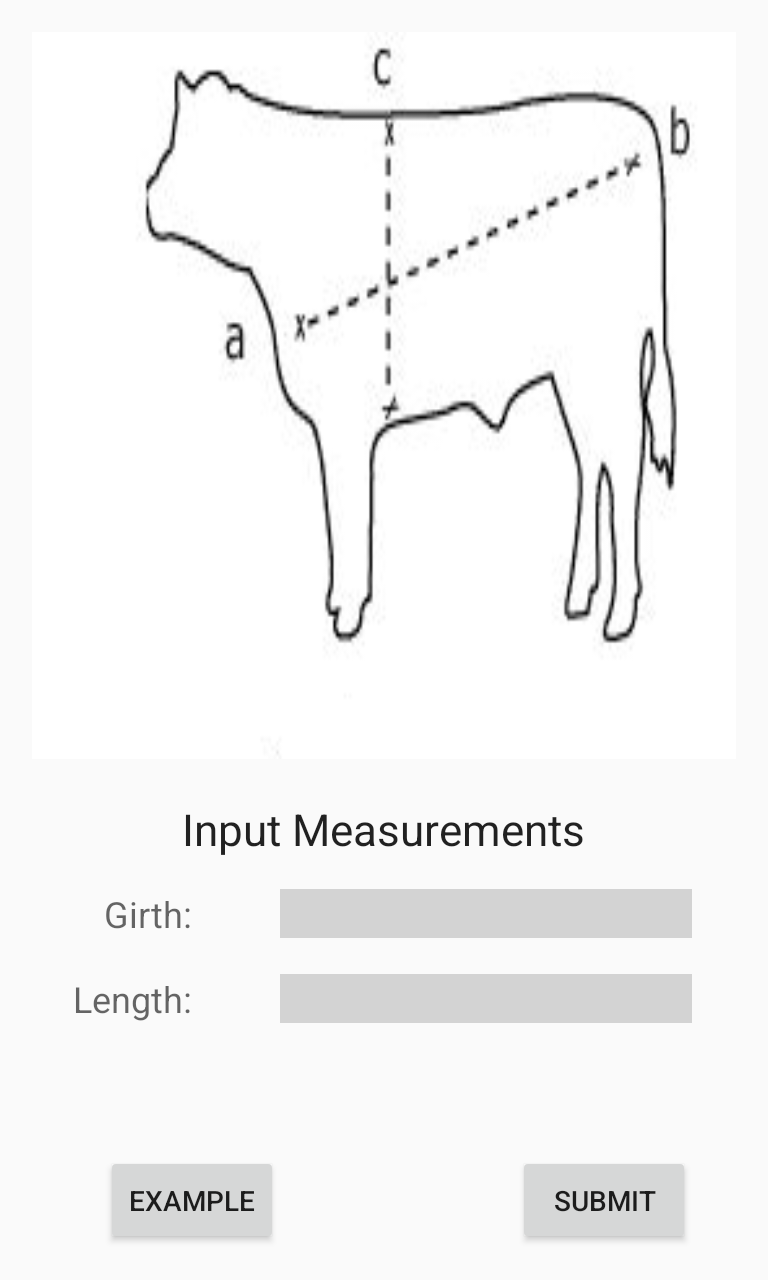
Repository: jdmielke/AnimalApp
Layout: AWEA/res/layout/activity_pig_pork_measurement.xml
The author's editor kept a copy of each file at every save. The layout is drawn from the files as they stood at one save, then again after the next save.
It is drawn on a 768 x 1280 px phone screen (xhdpi) without system bars, with theme AppTheme; the app's code is not run.

Above is the layout before, as saved 2014-11-12 20:09:19.

After the next save:
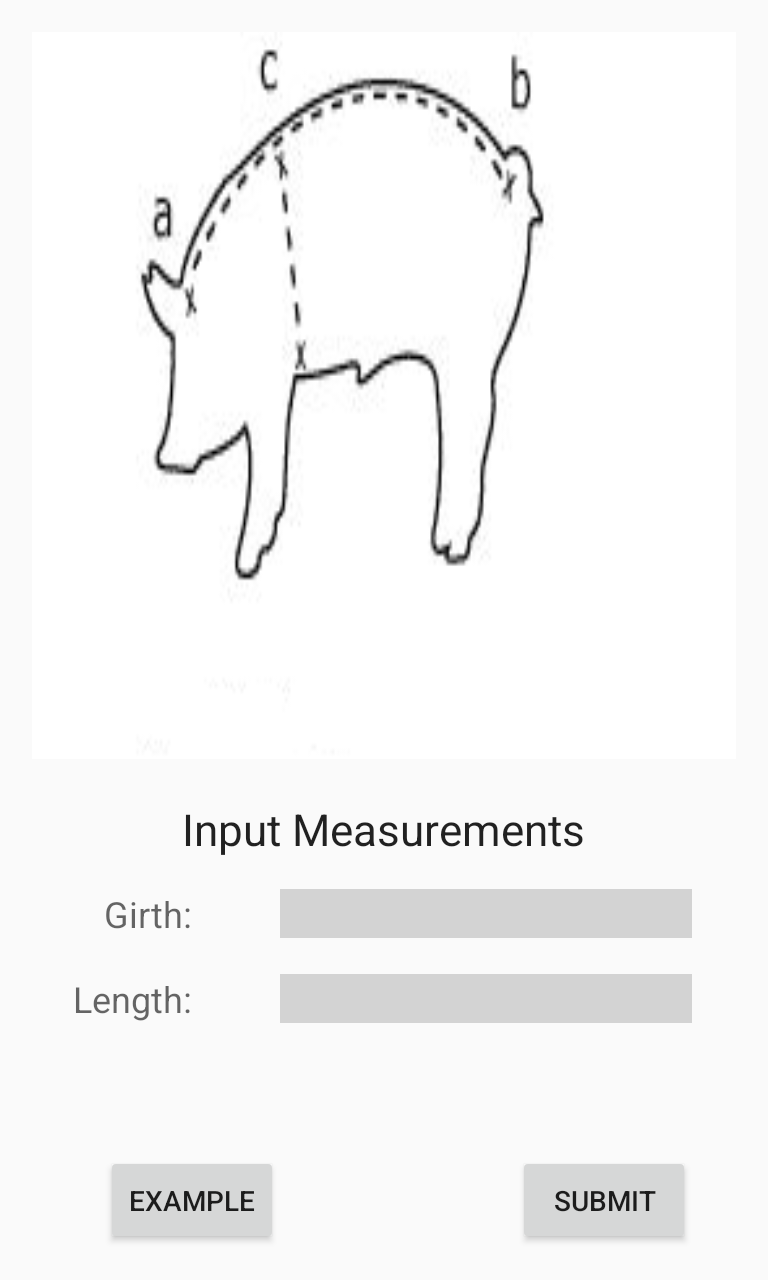
Saved 11 min 29 s later.
--- a/AWEA/res/layout/activity_pig_pork_measurement.xml
+++ b/AWEA/res/layout/activity_pig_pork_measurement.xml
@@ -96,6 +96,6 @@
         android:layout_alignParentTop="true"
         android:paddingBottom="20dp"
         android:scaleType="fitXY"
-        android:src="@drawable/dairydiagram" />
+        android:src="@drawable/pig" />
 
 </RelativeLayout>
